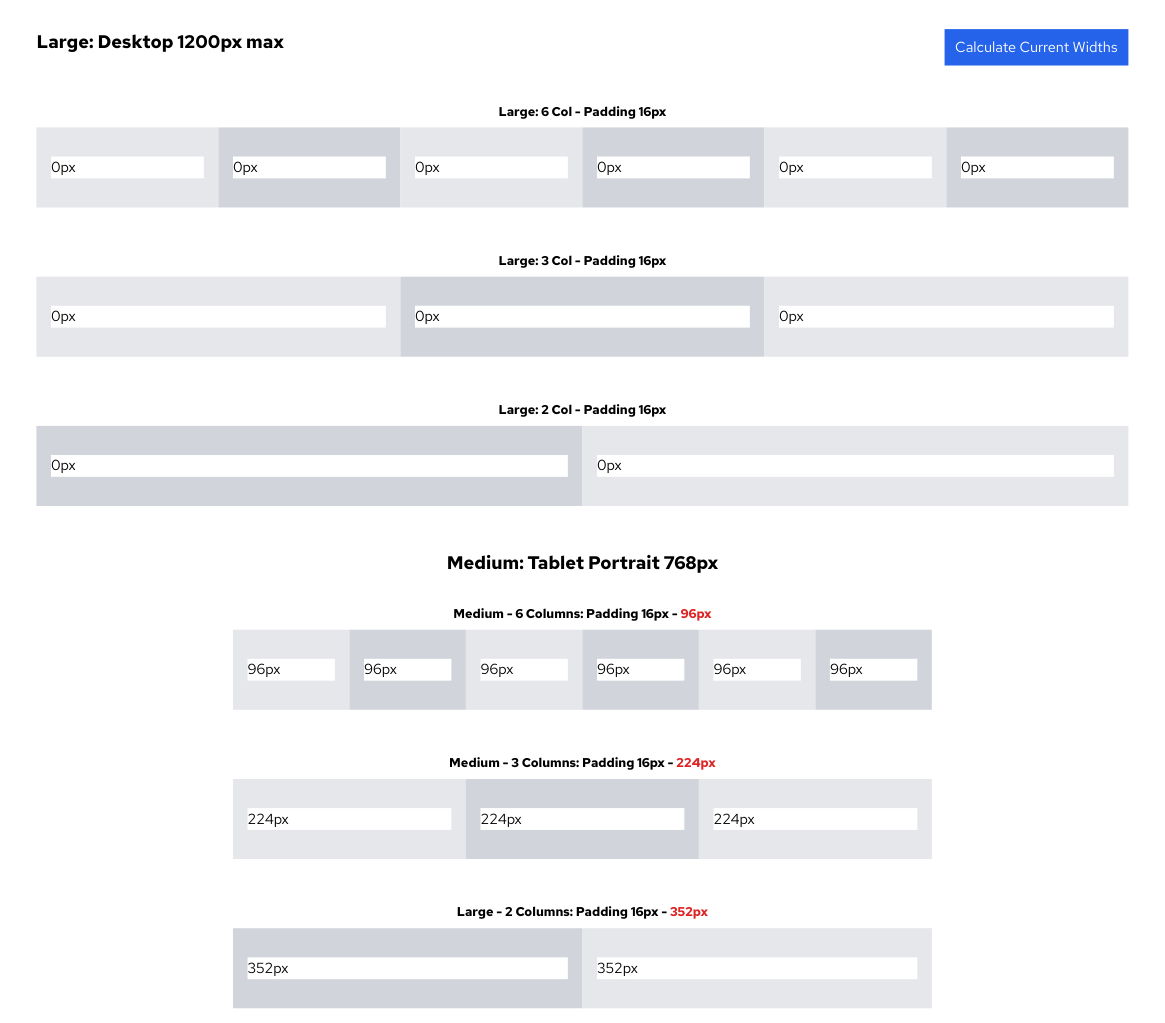
Repository: fabianwurk/vue-tailwind
Page: /
An editor plug-in stored every save of this project. The page is shown before and after the next save, followed by the edit.
The browser window is 1280 px wide. The pictures show the whole page, at 91% of full size.
The project was rebuilt for these pictures with package versions that can differ from the ones it lists, and the page was loaded fresh each time. Also part of the build but not shown: vite.config.js.

Above is the page before, as saved 2021-03-16 22:13:58.

After the next save:
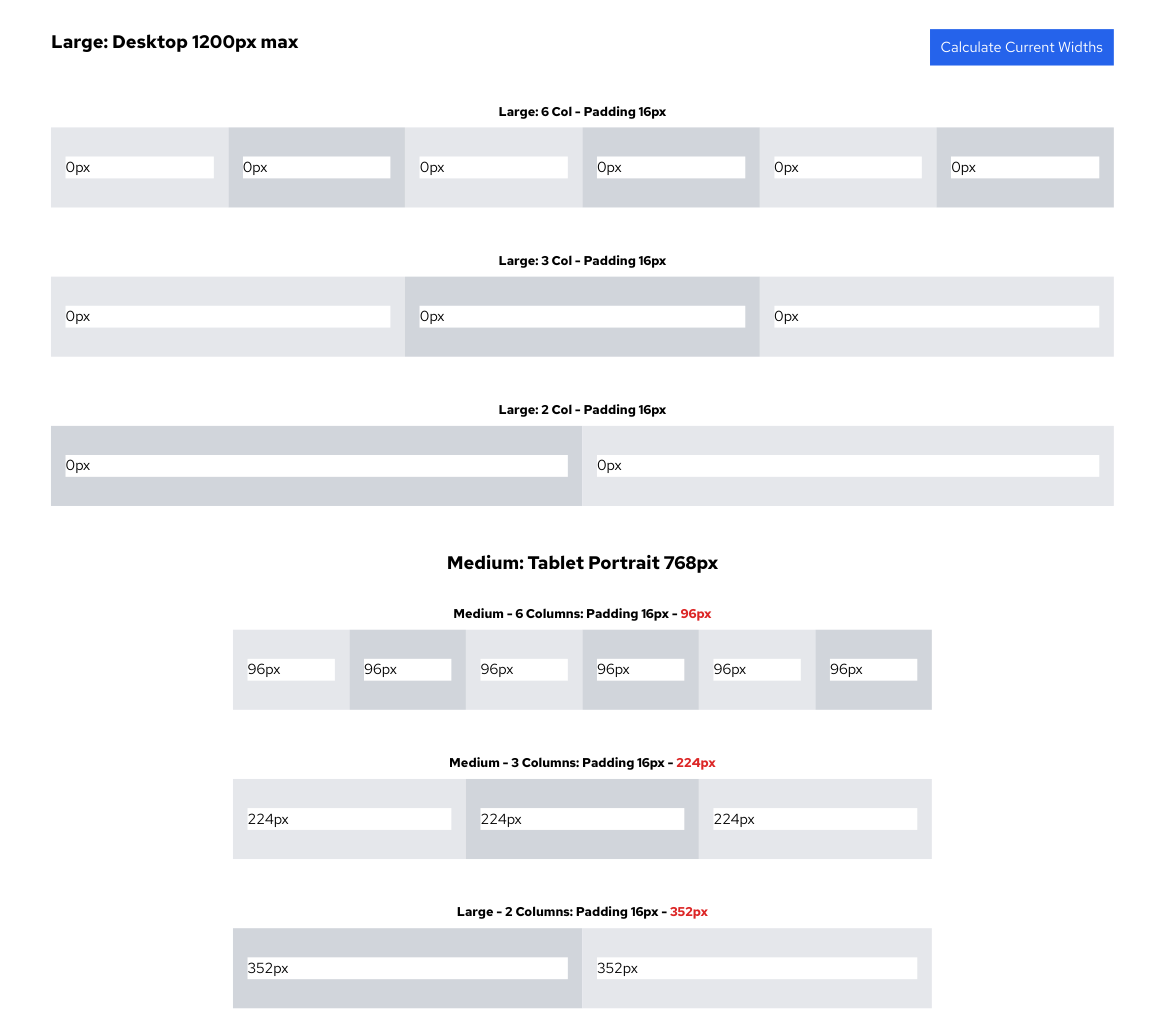
Saved 53 s later.
--- a/src/components/Large.vue
+++ b/src/components/Large.vue
@@ -1,5 +1,5 @@
 <template>
-  <div class="container mx-auto">
+  <div class="container mx-auto px-4">
   <div class="flex flex-wrap justify-between">
     <h1 class="text-xl font-bold mb-2 mt-8 text-center">Large: Desktop 1200px max</h1>
     <button class="bg-blue-600 hover:bg-blue-800 text-white px-3 py-2 mt-8 mb-2" @click="calculateWidth()">Calculate Current Widths</button>

After the save that followed:
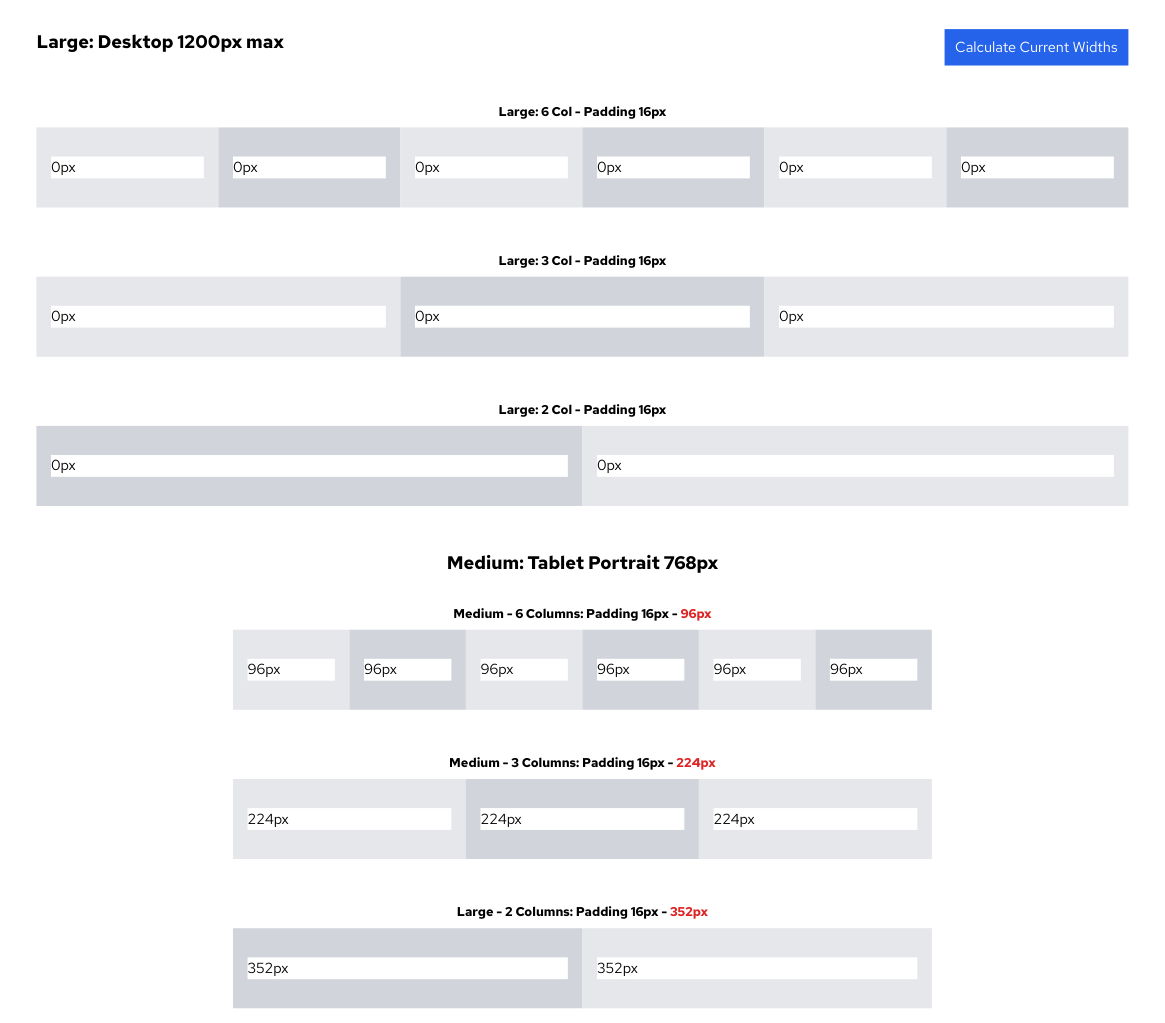
Saved 8 s later.
--- a/src/components/Large.vue
+++ b/src/components/Large.vue
@@ -1,5 +1,5 @@
 <template>
-  <div class="container mx-auto px-4">
+  <div class="container mx-auto">
   <div class="flex flex-wrap justify-between">
     <h1 class="text-xl font-bold mb-2 mt-8 text-center">Large: Desktop 1200px max</h1>
     <button class="bg-blue-600 hover:bg-blue-800 text-white px-3 py-2 mt-8 mb-2" @click="calculateWidth()">Calculate Current Widths</button>
